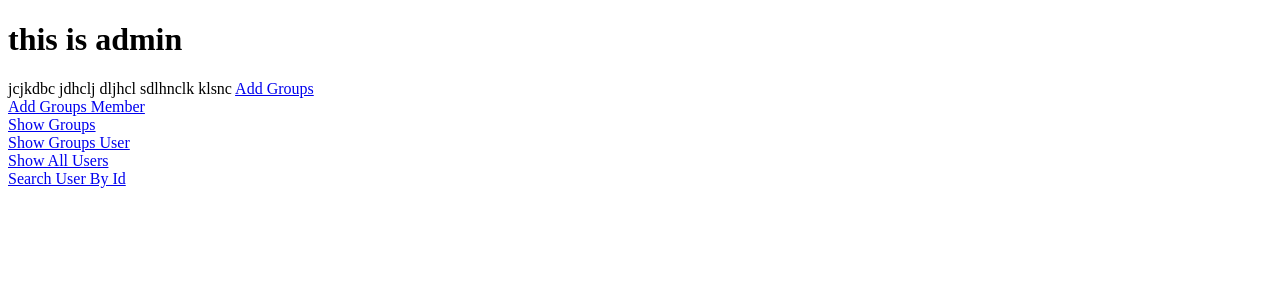
Repository: Guptaji153/Test002
Page: http://localhost/TMS/AdminDashboard.jsp
These files come from the project's save history. The page is drawn as it stood at one moment and after the next save; the edit follows.
The browser window is 1280 px wide. The pictures show the whole page.
The page is served by Tomcat 9. Other server files are loaded and not shown.

Above is the page before, as saved 2025-06-02 13:57:54.

### ProjectTMS/TMS/src/main/webapp/AdminDashboard.jsp
<%@ page language="java" contentType="text/html; charset=ISO-8859-1"
    pageEncoding="ISO-8859-1"%>
<!DOCTYPE html>
<html>
<head>
<meta charset="ISO-8859-1">
<title>Insert title here</title>
</head>
<body>
<h1>this is admin</h1>
jcjkdbc jdhclj dljhcl sdlhnclk klsnc

<a href="addGroup.jsf">Add Groups</a>  <br>
<a href="addGroupsMember.jsf">Add Groups Member</a> <br>
<a href="showGroups.jsf">Show Groups</a> <br>
<a href="ShowGroupsUsers.jsf">Show Groups User</a>  <br>
<a href="ShowUser.jsf">Show All Users</a>  <br>
<a href="searchUser.jsf">Search User By Id</a>
</body>
</html>

After the next save:
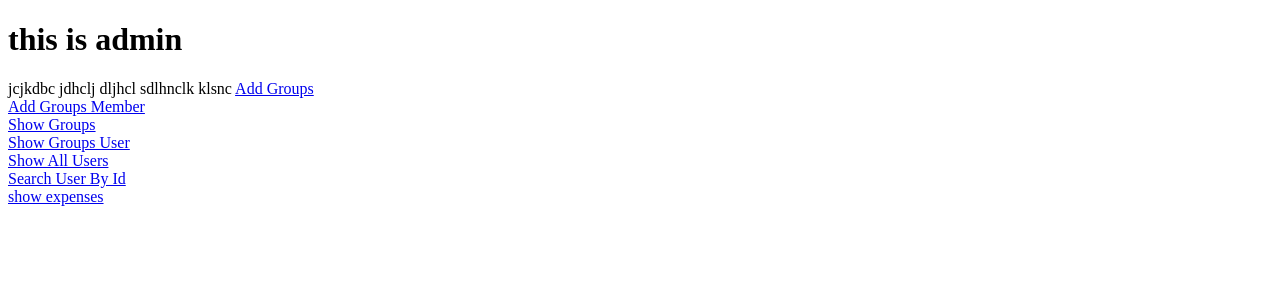
Saved 2 h 21 min later.
--- a/ProjectTMS/TMS/src/main/webapp/AdminDashboard.jsp
+++ b/ProjectTMS/TMS/src/main/webapp/AdminDashboard.jsp
@@ -15,6 +15,7 @@
 <a href="showGroups.jsf">Show Groups</a> <br>
 <a href="ShowGroupsUsers.jsf">Show Groups User</a>  <br>
 <a href="ShowUser.jsf">Show All Users</a>  <br>
-<a href="searchUser.jsf">Search User By Id</a>
+<a href="searchUser.jsf">Search User By Id</a><br>
+<a href="expensesList.jsf">show expenses</a>
 </body>
 </html>
